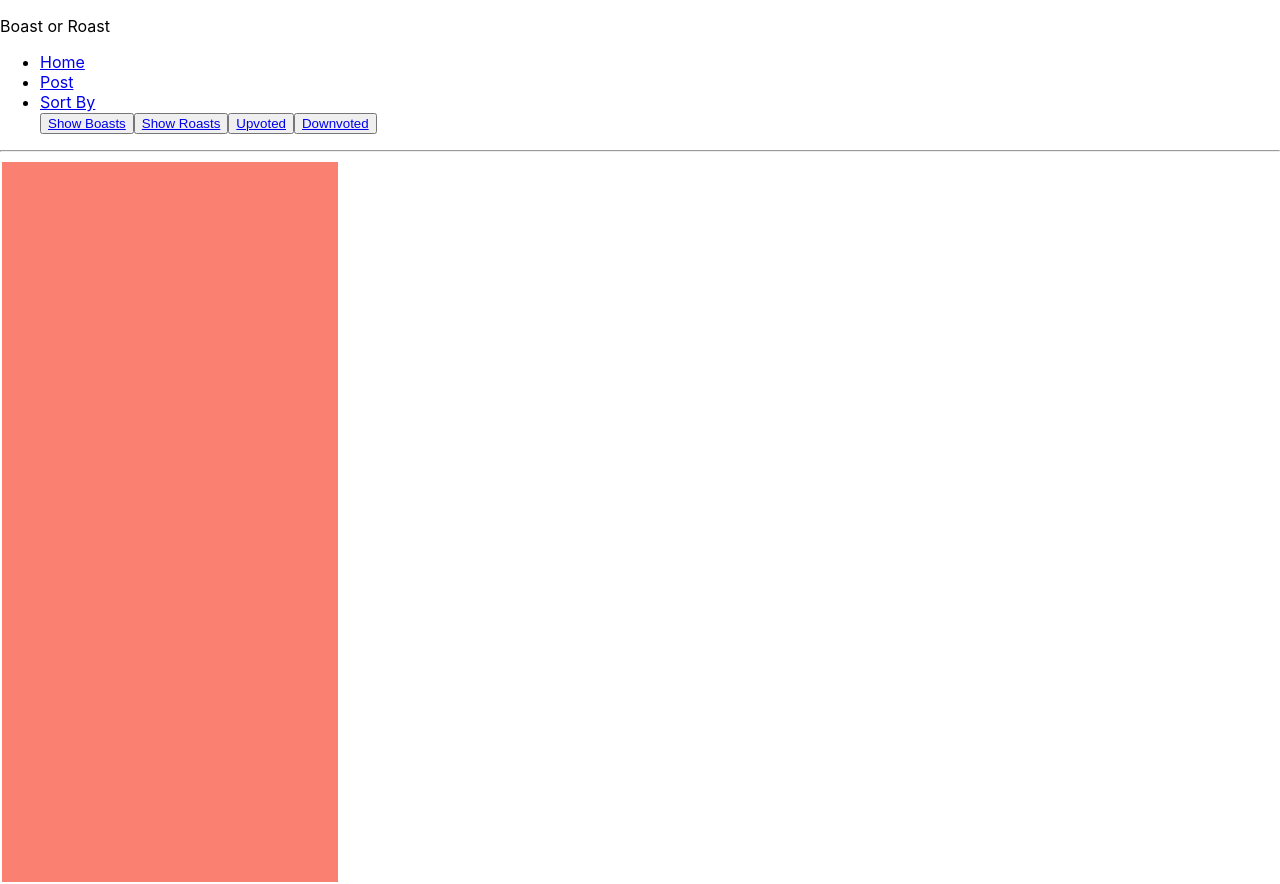
Repository: Imraj423/GhostPost_front-end
Page: /
These files come from the project's save history. The page is drawn as it stood at one moment and after the next save; the edit follows.
The browser window is 1280 px wide. The pictures show the whole page.
The page's requests for data from a server got no answer. The project was rebuilt for these pictures with package versions that can differ from the ones it lists, and the page was loaded fresh each time. No one was signed in, and anything a server would have sent is missing. Also part of the build but not shown: src/components/CreatePost/post.js, src/components/Form/form.js.

Above is the page before, as saved 2020-04-03 10:09:33.

After the next save:
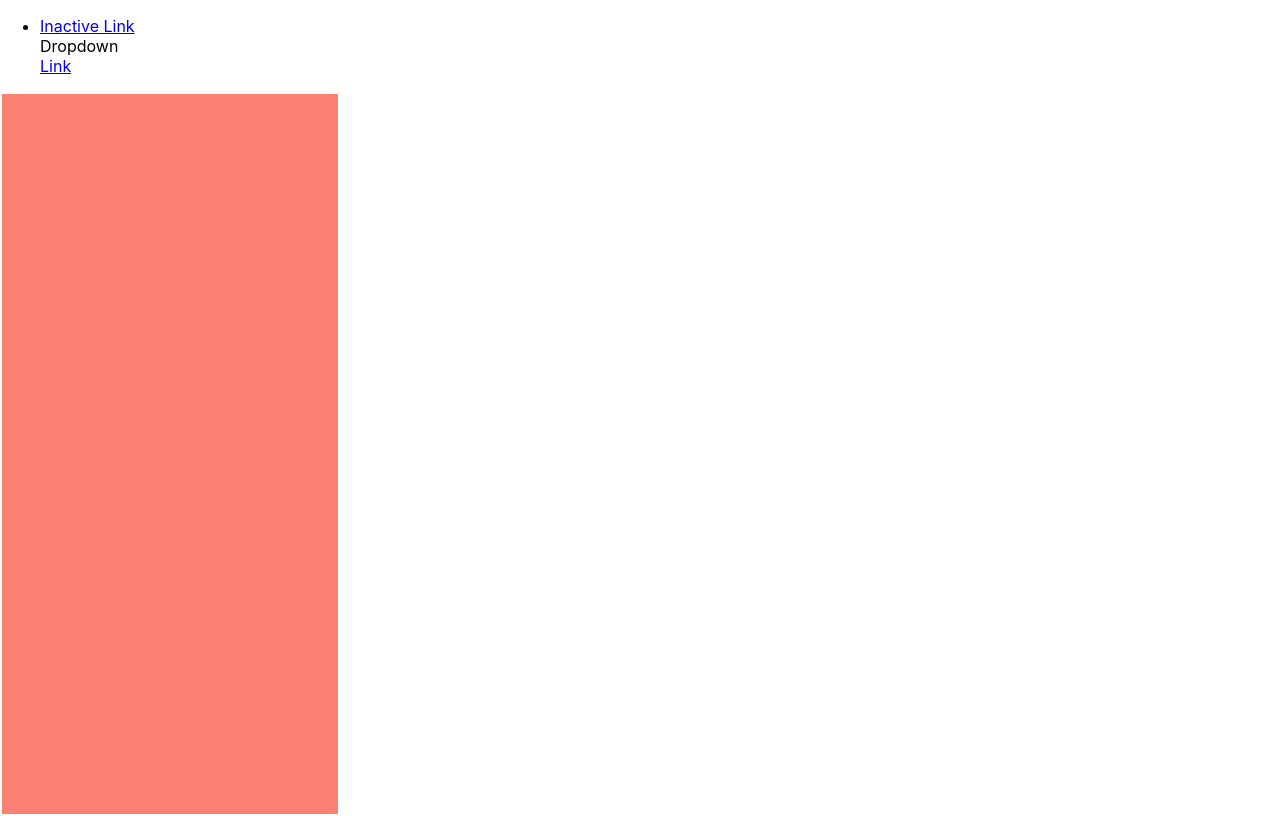
Saved 2 min 22 s later.
--- a/src/components/NavBar/nav.js
+++ b/src/components/NavBar/nav.js
@@ -29,55 +29,90 @@
 //   }
 
 
-import React, { useState } from "react";
+// import React, { useState } from "react";
+// import {
+//   Nav,
+//   NavItem,
+//   NavLink,
+//   Dropdown,
+//   DropdownItem,
+//   dropdownOpen,
+//   DropdownToggle,
+//   DropdownMenu
+// } from "reactstrap";
+
+// const Navi = props => {
+//   const [dropdownOpen, setDropdownOpen] = useState(false);
+
+//   const toggle = () => setDropdownOpen(prevState => !prevState);
+//   return (
+//     <div>
+//       <p>Boast or Roast</p>
+//       <Nav>
+//         <NavItem>
+//           <NavLink href="/">Home</NavLink>
+//         </NavItem>
+//         <NavItem>
+//           <NavLink href="forms">Post</NavLink>
+//         </NavItem>
+//         <Dropdown nav isOpen={dropdownOpen} toggle={toggle}>
+//           <DropdownToggle nav caret>
+//             Sort By
+//           </DropdownToggle>
+//           <DropdownMenu>
+//             <DropdownItem><Drop
+//               <NavLink href="/boasts">Show Boasts</NavLink>
+//             </DropdownItem>
+//             <DropdownItem>
+//               <NavLink href="/roasts">Show Roasts</NavLink>
+//             </DropdownItem>
+//             <DropdownItem>
+//               <NavLink href="/upvotes">Upvoted</NavLink>
+//             </DropdownItem>
+//             <DropdownItem>
+//               <NavLink href="/downvotes">Downvoted</NavLink>
+//             </DropdownItem>
+//           </DropdownMenu>
+//         </Dropdown>
+//       </Nav>
+//       <hr />
+//     </div>
+//   );
+// };
+
+// export default Navi;
+
+
+import React from "react";
 import {
+  Navbar,
   Nav,
   NavItem,
   NavLink,
-  Dropdown,
-  DropdownItem,
-  dropdownOpen,
+  UncontrolledDropdown,
   DropdownToggle,
-  DropdownMenu
+  DropdownMenu,
+  DropdownItem
 } from "reactstrap";
 
-const Navi = props => {
-  const [dropdownOpen, setDropdownOpen] = useState(false);
-
-  const toggle = () => setDropdownOpen(prevState => !prevState);
+export default function Example() {
   return (
-    <div>
-      <p>Boast or Roast</p>
-      <Nav>
+    <Navbar color="light" light expand="md">
+      <Nav className="ml-auto" navbar>
         <NavItem>
-          <NavLink href="/">Home</NavLink>
+          <NavLink href="/components/">Inactive Link</NavLink>
         </NavItem>
-        <NavItem>
-          <NavLink href="forms">Post</NavLink>
-        </NavItem>
-        <Dropdown nav isOpen={dropdownOpen} toggle={toggle}>
-          <DropdownToggle nav caret>
-            Sort By
+        <UncontrolledDropdown setActiveFromChild>
+          <DropdownToggle tag="a" className="nav-link" caret>
+            Dropdown
           </DropdownToggle>
           <DropdownMenu>
-            <DropdownItem>
-              <NavLink href="/boasts">Show Boasts</NavLink>
-            </DropdownItem>
-            <DropdownItem>
-              <NavLink href="/roasts">Show Roasts</NavLink>
-            </DropdownItem>
-            <DropdownItem>
-              <NavLink href="/upvotes">Upvoted</NavLink>
-            </DropdownItem>
-            <DropdownItem>
-              <NavLink href="/downvotes">Downvoted</NavLink>
+            <DropdownItem tag="a" href="/blah" active>
+              Link
             </DropdownItem>
           </DropdownMenu>
-        </Dropdown>
+        </UncontrolledDropdown>
       </Nav>
-      <hr />
-    </div>
+    </Navbar>
   );
-};
-
-export default Navi;
+}
